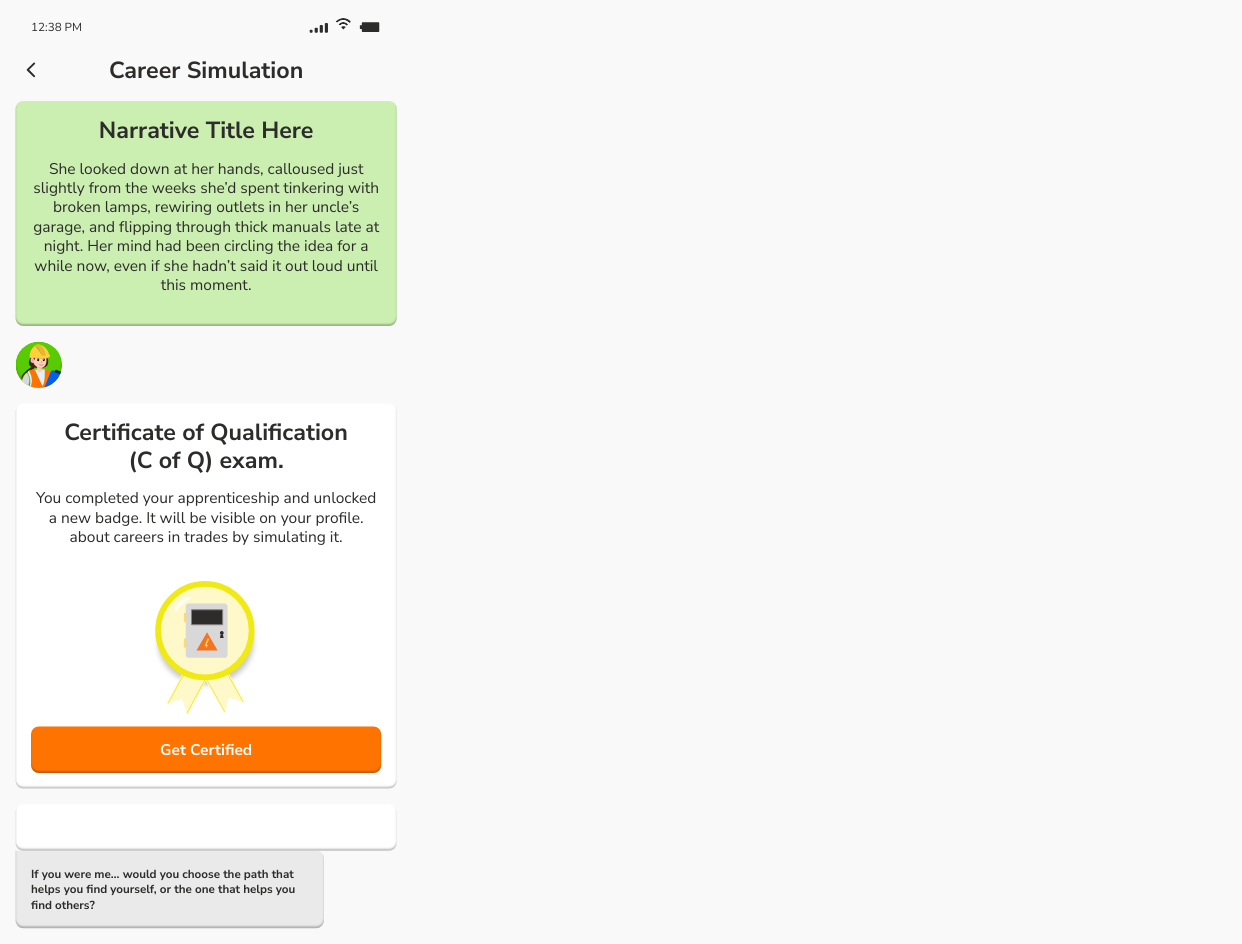
Repository: daniel-liu01/week10books
Page: /
An editor plug-in stored every save of this project. The page is shown before and after the next save, followed by the edit.
The browser window is 1280 px wide. The pictures show the whole page, at 97% of full size.
The project was rebuilt for these pictures with package versions that can differ from the ones it lists, and the page was loaded fresh each time. Also part of the build but not shown: vite.config.js, vite.config.ts, src/App.css, app/Simulation/Simulation.module.css, components/InfoModal/InfoModal.module.css, components/InfoModal/InfoModal.jsx, app/Simulation/Simulation.jsx.

Above is the page before, as saved 2025-10-22 12:55:02.

### index.html
<!DOCTYPE html>
<html lang="en">
    <head>
        <meta charset="UTF-8" />
        <link
            rel="icon"
            type="image/svg+xml"
            href="/vite.svg" />
        <meta
            name="viewport"
            content="width=device-width, initial-scale=1.0" />
        <title>frontend</title>
        <link
            rel="preconnect"
            href="https://fonts.googleapis.com" />
        <link
            rel="preconnect"
            href="https://fonts.gstatic.com"
            crossorigin />
        <link
            href="https://fonts.googleapis.com/css2?family=Nunito+Sans:ital,opsz,wght@0,6..12,200..1000;1,6..12,200..1000&display=swap"
            rel="stylesheet" />
    </head>
    <body>
        <div id="root"></div>
        <script
            type="module"
            src="/src/main.jsx"></script>
    </body>
</html>

### src/index.css
/* ------------------------------------------------------ GENERAL STYLES ------------------------------------------------------ */
*,
*::before,
*::after {
    box-sizing: inherit;
}

html,
body {
    font-family: var(--font-family);
    box-sizing: border-box;
    background-color: var(--offwhite-500);
}

body {
    width: 393px;
    min-height: 100vh;
    margin: 16px;
    display: flex;
    flex-direction: column;
    gap: var(--space-large);
}

html {
    display: flex;
    align-items: flex-start;
}

/* ------------------------------------------------------ VARIABLES ------------------------------------------------------ */
:root {
    /* ----- COLORS ----- */
    --primary-50: #fff1e6;
    --primary-100: #ffd4b0;
    --primary-200: #ffbf8a;
    --primary-300: #ffa155;
    --primary-400: #ff8f34;
    --primary-500: #ff7301;
    --primary-600: #e86901;
    --primary-700: #b55201;
    --primary-800: #8c3f01;
    --primary-900: #6b3000;

    --secondary-50: #eefae6;
    --secondary-100: #cbefb1;
    --secondary-200: #b2e88b;
    --secondary-300: #8fdd55;
    --secondary-400: #79d635;
    --secondary-500: #58cc02;
    --secondary-600: #50ba02;
    --secondary-700: #3e9101;
    --secondary-800: #307001;
    --secondary-900: #255601;

    /* -- neutral colors -- */

    --offwhite-500: #f9f9f9;
    --white: #ffffff;
    --black-50: #eaeaea;
    --black-100: #bebebd;
    --black-200: #9e9e9d;
    --black-300: #727271;
    --black-400: #575655;
    --black-500: #2d2c2b;

    /* ----- TYPE ----- */
    --font-family: "Nunito Sans", sans-serif;

    --font-size-extra-large: 88px;
    --font-size-large: 30px;
    --font-size-extra-medium: 24px;
    --font-size-medium: 20px;
    --font-size-regular: 16px;
    --font-size-small: 12px;
    --font-size-extra-small: 10px;

    --font-style-normal: normal;
    --font-weight-bold: bold;

    --line-height-xxlarge: 100px;
    --line-height-large: 36px;
    --line-height-medium: 28px;
    --line-height-small: 20px;

    /* ----- SPACING ----- */
    --space-extra-small: 4px;
    --space-small: 8px;
    --space-regular: 16px;
    --space-medium: 32px;
    --space-large: 48px;
    --space-extra-large: 140px;

    /* ----- Inner shadow ----- */
    --inner-shadow: 0 -2px 2px 0 rgba(0, 0, 0, 0.25);
}

### src/App.jsx
import { useState } from "react";
import { BrowserRouter as Router, Routes, Route } from "react-router-dom";
import "./App.css";

import Simulation from "../app/Simulation/Simulation";
import SimulationChat from "../app/SimulationChat/SimulationChat";
import TextBubble from "../components/TextBubble/TextBubble";

function App() {
    return (
        <div>
            <SimulationChat />
            <TextBubble
                textType='ai'
                text='If you were me… would you choose the path that helps you find yourself, or the one that helps you find others?'
            />
        </div>
    );
}

export default App;

### app/SimulationChat/SimulationChat.jsx
import styles from "./SimulationChat.module.css";
import StatusBar from "../../components/StatusBar/StatusBar";
import HeadingBar from "../../components/HeadingBar/HeadingBar";
import PopUp from "../../components/PopUp/PopUp";
import NarrativeBox from "../../components/NarrativeBox/NarrativeBox";
import AnnaAvatar from "../../components/AnnaAvatar/AnnaAvatar";
import Menu from "../../components/Menu/Menu";

function SimulationChat() {
    return (
        <div className={styles.container}>
            <StatusBar />
            <HeadingBar />
            <NarrativeBox
                title='Narrative Title Here'
                description='She looked down at her hands, calloused just slightly from the weeks she’d spent tinkering with broken lamps, rewiring outlets in her uncle’s garage, and flipping through thick manuals late at night. Her mind had been circling the idea for a while now, even if she hadn’t said it out loud until this moment.'
            />
            <AnnaAvatar />
            <PopUp />
            <Menu />
        </div>
    );
}

export default SimulationChat;

### components/TextBubble/TextBubble.jsx
import styles from "./TextBubble.module.css";

export default function TextBubble({ textType, text }) {
    if (textType === "ai") {
        return (
            <div className={styles.containerAi}>
                <p className={styles.textAi}>{text}</p>
            </div>
        );
    }
    return (
        <>
            <div className={styles.containerUser}>
                <p className={styles.textUser}>{text}</p>
            </div>
        </>
    );
}

### components/StatusBar/StatusBar.jsx
import styles from "./StatusBar.module.css";
import Hour from "../Hour/Hour";

const StatusBar = () => {
    return (
        <div className={styles.container}>
            <Hour />
            <div className={styles.right}>
                <svg
                    className={styles.icon}
                    width='20'
                    height='11'
                    viewBox='0 0 20 11'
                    fill='none'
                    xmlns='http://www.w3.org/2000/svg'>
                    <rect
                        x='15.8765'
                        y='0.600098'
                        width='3.23284'
                        height='10.2222'
                        rx='1.02778'
                    />
                    <rect
                        x='10.6338'
                        y='2.64453'
                        width='3.23284'
                        height='8.17778'
                        rx='1.02778'
                    />
                    <rect
                        x='5.3916'
                        y='5.71094'
                        width='3.23284'
                        height='5.11111'
                        rx='1.02778'
                    />
                    <rect
                        x='0.0327148'
                        y='7.75537'
                        width='3.23284'
                        height='3.06667'
                        rx='1.02778'
                    />
                </svg>

                <svg
                    className={styles.icon}
                    width='22'
                    height='20'
                    viewBox='0 0 22 20'
                    fill='none'
                    xmlns='http://www.w3.org/2000/svg'>
                    <mask
                        id='path-1-inside-1_2157_1042'
                        fill='white'>
                        <path d='M15.9006 7.3897C15.3805 6.57002 14.6486 5.88977 13.7741 5.41333C12.8995 4.93689 11.9113 4.68001 10.9029 4.66702C9.89445 4.65403 8.89922 4.88535 8.01135 5.33908C7.12349 5.79281 6.37237 6.45396 5.82907 7.25994L7.69376 8.391C8.03417 7.88601 8.50479 7.47176 9.06109 7.18747C9.6174 6.90317 10.241 6.75824 10.8728 6.76638C11.5046 6.77452 12.1238 6.93547 12.6718 7.23399C13.2197 7.53251 13.6783 7.95873 14.0042 8.47231L15.9006 7.3897Z' />
                    </mask>
                    <path
                        d='M15.9006 7.3897C15.3805 6.57002 14.6486 5.88977 13.7741 5.41333C12.8995 4.93689 11.9113 4.68001 10.9029 4.66702C9.89445 4.65403 8.89922 4.88535 8.01135 5.33908C7.12349 5.79281 6.37237 6.45396 5.82907 7.25994L7.69376 8.391C8.03417 7.88601 8.50479 7.47176 9.06109 7.18747C9.6174 6.90317 10.241 6.75824 10.8728 6.76638C11.5046 6.77452 12.1238 6.93547 12.6718 7.23399C13.2197 7.53251 13.6783 7.95873 14.0042 8.47231L15.9006 7.3897Z'
                        strokeWidth='4.11111'
                        mask='url(#path-1-inside-1_2157_1042)'
                    />
                    <mask
                        id='path-2-inside-2_2157_1042'
                        fill='white'>
                        <path d='M19.0832 4.55309C18.1524 3.34672 16.9405 2.3605 15.542 1.67127C14.1435 0.982029 12.5961 0.608389 11.0204 0.579456C9.4447 0.550522 7.88323 0.867077 6.45765 1.50446C5.03207 2.14184 3.78086 3.08283 2.80152 4.25413L4.5268 5.55219C5.29548 4.63284 6.27755 3.89425 7.39649 3.39397C8.51543 2.8937 9.74102 2.64523 10.9778 2.66794C12.2145 2.69065 13.4291 2.98392 14.5268 3.5249C15.6245 4.06588 16.5757 4.83997 17.3063 5.78684L19.0832 4.55309Z' />
                    </mask>
                    <path
                        d='M19.0832 4.55309C18.1524 3.34672 16.9405 2.3605 15.542 1.67127C14.1435 0.982029 12.5961 0.608389 11.0204 0.579456C9.4447 0.550522 7.88323 0.867077 6.45765 1.50446C5.03207 2.14184 3.78086 3.08283 2.80152 4.25413L4.5268 5.55219C5.29548 4.63284 6.27755 3.89425 7.39649 3.39397C8.51543 2.8937 9.74102 2.64523 10.9778 2.66794C12.2145 2.69065 13.4291 2.98392 14.5268 3.5249C15.6245 4.06588 16.5757 4.83997 17.3063 5.78684L19.0832 4.55309Z'
                        strokeWidth='4.11111'
                        mask='url(#path-2-inside-2_2157_1042)'
                    />
                    <path d='M13.5162 9.77759L10.8222 12.3331L8.66699 9.77759L9.23963 9.50599C10.2507 9.02643 11.4136 8.97977 12.4599 9.37676L13.5162 9.77759Z' />
                </svg>

                <svg
                    className={styles.icon}
                    width='24'
                    height='24'
                    viewBox='0 0 24 24'
                    fill='none'
                    xmlns='http://www.w3.org/2000/svg'>
                    <path d='M5 17C4.71667 17 4.47917 16.9042 4.2875 16.7125C4.09583 16.5208 4 16.2833 4 16V14H2V10H4V8C4 7.71667 4.09583 7.47917 4.2875 7.2875C4.47917 7.09583 4.71667 7 5 7H21C21.2833 7 21.5208 7.09583 21.7125 7.2875C21.9042 7.47917 22 7.71667 22 8V16C22 16.2833 21.9042 16.5208 21.7125 16.7125C21.5208 16.9042 21.2833 17 21 17H5Z' />
                </svg>
            </div>
        </div>
    );
};

export default StatusBar;

### components/HeadingBar/HeadingBar.jsx
import styles from "./HeadingBar.module.css";
import ArrowBack from "../ArrowBack/ArrowBack";

function HeadingBar() {
    return (
        <div className={styles.heading_container}>
            <ArrowBack />
            <h1 className={styles.heading_pageTitle}>Career Simulation</h1>
            <div className={styles.heading_placeholder}></div>
        </div>
    );
}

export default HeadingBar;

### components/Card/Card.jsx
import styles from "./Card.module.css";
import Button from "../../components/Button/Button";

function Card({
    image,
    title,
    description,
    type,
    valueOfButton,
    typeOfButton,
    sizeOfButton,
}) {
    return (
        <>
            {type === "regular" && (
                <div className={styles.container}>
                    <div className={styles.content}>
                        <h3 className={styles.title}>{title}</h3>
                        <p className={styles.description}>{description}</p>
                    </div>
                    {image && (
                        <div className={styles.image_wrapper}>
                            <img
                                src={image}
                                alt={title}
                                className={styles.image}
                            />
                        </div>
                    )}
                </div>
            )}
            {type === "button" && (
                <div className={styles.container}>
                    <div className={styles.content}>
                        <h3 className={styles.title}>{title}</h3>
                        <p className={styles.description}>{description}</p>
                    </div>
                    {image && (
                        <div className={styles.image_wrapper}>
                            <img
                                src={image}
                                alt={title}
                                className={styles.image}
                            />
                        </div>
                    )}
                    <Button
                        type={typeOfButton}
                        size={sizeOfButton}
                        value={valueOfButton}
                        onClick={() => console.log("clicked")}
                        isDisabled={false}
                    />
                </div>
            )}
        </>
    );
}

export default Card;

### components/Button/Button.jsx
import styles from "./Button.module.css";

function Button({
    type = "primary",
    isDisabled = false,
    size = "default",
    value,
    onClick,
}) {
    let buttonClass = styles.button;

    if (type === "primary") buttonClass += ` ${styles.primary}`;
    if (type === "secondary") buttonClass += ` ${styles.secondary}`;
    if (type === "terciary") buttonClass += ` ${styles.terciary}`;
    if (type === "warning") buttonClass += ` ${styles.error}`;
    if (size === "small") buttonClass += ` ${styles.small}`;
    if (size === "large") buttonClass += ` ${styles.large}`;
    if (isDisabled) buttonClass += ` ${styles.disabled}`;

    return (
        <input
            type='button'
            className={buttonClass}
            value={value}
            onClick={onClick}
            disabled={isDisabled}
        />
    );
}

export default Button;

### components/Menu/Menu.jsx
import styles from "./Menu.module.css";

function Menu() {
    return <div className={styles.container}></div>;
}

export default Menu;

### app/SimulationChat/SimulationChat.module.css
.container {
    display: flex;
    flex-direction: column;
    gap: var(--space-regular);
}

### components/PopUp/PopUp.jsx
import Card from "../../components/Card/Card";

function PopUp() {
    return (
        <div>
            <Card
                title={
                    <>
                        Certificate of Qualification <br /> (C of Q) exam.
                    </>
                }
                description={
                    <>
                        You completed your apprenticeship and unlocked
                        <br />a new badge. It will be visible on your profile.
                        about careers in trades by simulating it.
                    </>
                }
                image='/Electrician.svg'
                type='button'
                valueOfButton='Get Certified'
                typeOfButton='primary'
                sizeOfButton='large'
            />
        </div>
    );
}

export default PopUp;

### components/NarrativeBox/NarrativeBox.jsx
import styles from "./NarrativeBox.module.css";

function NarrativeBox({ title, description }) {
    return (
        <div className={styles.container}>
            <div className={styles.content}>
                <h3 className={styles.title}>{title}</h3>
                <p className={styles.description}>{description}</p>
            </div>
        </div>
    );
}

export default NarrativeBox;

### components/AnnaAvatar/AnnaAvatar.jsx
import styles from "./AnnaAvatar.module.css";

function AnnaAvatar() {
    return (
        <img
            className={styles.image}
            src='AnnaAvatar.svg'
            alt='Anna Avatar'
        />
    );
}

export default AnnaAvatar;

### components/TextBubble/TextBubble.module.css
.containerAi,
.containerUser {
    border-top-right-radius: var(--space-small);
    border-bottom-right-radius: var(--space-small);
    border-bottom-left-radius: var(--space-small);
    padding: var(--space-regular);
    display: flex;
    align-items: center;
    box-shadow: var(--inner-shadow) inset;
}

.containerAi {
    background-color: var(--black-50);
    width: 318px;
    height: 80px;
}

.textAi {
    color: var(--black-500);
    font-size: var(--font-size-small);
    font-weight: var(--font-weight-bold);
}

.containerAi {
    background-color: var(--black-50);
    width: 318px;
    height: 80px;
}

.textUser {
    color: var(--white);
    font-size: var(--font-size-small);
    font-weight: var(--font-weight-bold);
}

### components/StatusBar/StatusBar.module.css
.container {
    display: flex;
    flex-direction: row;
    align-items: center;
    justify-content: space-between;
    width: 393px;
    padding: 0 var(--space-regular);
    margin: 0;
}

.right {
    display: flex;
    align-items: center;
    gap: var(--space-extra-small);
}

.icon {
    fill: var(--black-500);
}

### components/Hour/Hour.jsx
"use client";
import { useEffect, useState } from "react";
import styles from "./Hour.module.css";

const Hour = () => {
    const [currentTime, setCurrentTime] = useState(new Date());

    useEffect(() => {
        const timer = setInterval(() => {
            setCurrentTime(new Date());
        }, 1000);

        return () => clearInterval(timer);
    }, []);

    const formattedTime = currentTime.toLocaleTimeString("en-US", {
        hour: "2-digit",
        minute: "2-digit",
        hour12: true,
    });

    return <div className={styles.hour}>{formattedTime}</div>;
};

export default Hour;

### components/HeadingBar/HeadingBar.module.css
.heading_container {
    width: 100%;
    display: flex;
    align-items: center;
    justify-content: space-between;
    gap: var(--space-small);
    margin: 0;
    padding: 0;
}

.heading_pageTitle {
    font-weight: var(--font-weight-bold);
    font-size: var(--font-size-extra-medium);
    margin: 0;
    line-height: 1;
    color: var(--black-500);
}

.heading_placeholder {
    width: var(--space-medium);
    height: var(--space-medium);
    visibility: hidden;
}

### components/ArrowBack/ArrowBack.jsx
import styles from "./ArrowBack.module.css";

function ArrowBack() {
    return (
        <div className={styles.arrow_container}>
            <svg
                className={styles.arrow_icon}
                xmlns='http://www.w3.org/2000/svg'
                width='16'
                height='16'
                viewBox='0 0 12 20'
                fill='none'>
                <path
                    d='M10.7071 19.2929C10.3166 19.6834 9.68342 19.6834 9.29289 19.2929L0.707106 10.7071C0.316582 10.3166 0.316583 9.68342 0.707107 9.29289L9.29289 0.707106C9.68342 0.316582 10.3166 0.316582 10.7071 0.707107L11.0679 1.06789C11.4584 1.45842 11.4584 2.09158 11.0679 2.48211L3.55 10L11.0679 17.5179C11.4584 17.9084 11.4584 18.5416 11.0679 18.9321L10.7071 19.2929Z'
                    fill='currentColor'
                />
            </svg>
        </div>
    );
}

export default ArrowBack;

### components/Card/Card.module.css
.container {
    display: flex;
    flex-direction: column;
    justify-content: space-between;
    align-items: center;
    border-radius: var(--space-small);
    background: var(--white);
    box-shadow: var(--inner-shadow) inset;
    padding: var(--space-regular);
}

.content {
    display: flex;
    flex-direction: column;
    justify-content: space-between;
    align-items: center;
    font-family: var(--font-family);
    color: var(--black-500);
    text-align: center;
    gap: var(--space-regular);
}

.title {
    font-size: var(--font-size-extra-medium);
    font-weight: var(--font-weight-bold);
    line-height: var(--line-height-medium);
    margin: 0;
}

.description {
    font-size: var(--font-size-regular);
    line-height: var(--line-height-small);
    margin: 0;
    margin-bottom: var(--space-regular);
}

.image_wrapper {
}

.image {
}

### components/Button/Button.module.css
.button {
    display: block;
    width: 361px;
    height: var(--space-large);
    line-height: var(--line-height-large);
    text-align: center;

    font-family: var(--font-family);
    font-size: var(--font-size-regular);
    font-weight: var(--font-weight-bold);

    padding: 0 var(--space-regular);
    margin: 0;
    border-radius: var(--space-small);
    border: none;
    box-shadow: var(--inner-shadow) inset;
    cursor: pointer;
    transition: background-color 0.2s ease-in-out, color 0.2s ease-in-out;
}

.button:hover {
    background-color: var(--primary-700);
    color: var(--white);
}

.primary {
    background-color: var(--primary-500);
    color: var(--white);
}

.large {
    width: 100%;
    height: var(--space-large);
}

### components/Menu/Menu.module.css
.container {
    display: flex;
    width: 100%;
    height: var(--space-large);
    justify-content: center;
    align-items: center;
    gap: var(--space-medium);
    border-radius: var(--space-small);
    background: var(--white);
    box-shadow: var(--inner-shadow) inset;
}

### components/NarrativeBox/NarrativeBox.module.css
.container {
    display: flex;
    flex-direction: column;
    justify-content: space-between;
    align-items: center;
    border-radius: var(--space-small);
    background: var(--secondary-100);
    box-shadow: var(--inner-shadow) inset;
    padding: var(--space-regular);
}

.content {
    display: flex;
    flex-direction: column;
    justify-content: space-between;
    align-items: center;
    font-family: var(--font-family);
    color: var(--black-500);
    text-align: center;
    gap: var(--space-regular);
}

.title {
    font-size: var(--font-size-extra-medium);
    font-weight: var(--font-weight-bold);
    line-height: var(--line-height-medium);
    margin: 0;
}

.description {
    font-size: var(--font-size-regular);
    line-height: var(--line-height-small);
    margin: 0;
    margin-bottom: var(--space-regular);
}

### components/AnnaAvatar/AnnaAvatar.module.css
.image {
    width: var(--space-large);
}

### components/Hour/Hour.module.css
.hour {
    color: var(--black-500);
    font-family: var(--font-family);
    font-size: var(--font-size-small);
}

### components/ArrowBack/ArrowBack.module.css
.arrow_container {
    display: inline-flex;
    align-items: center;
    justify-content: center;
    background: none;
    border: none;
    cursor: pointer;
    padding: 0;
    width: var(--space-medium);
    height: var(--space-medium);
}

.arrow_icon {
    color: var(--black-500);
    width: var(--space-regular);
    height: var(--space-regular);
}

.arrow_container:hover .arrow_icon {
    color: var(--primary-500);
}

Loaded but not shown: src/main.jsx (common file)

After the next save:
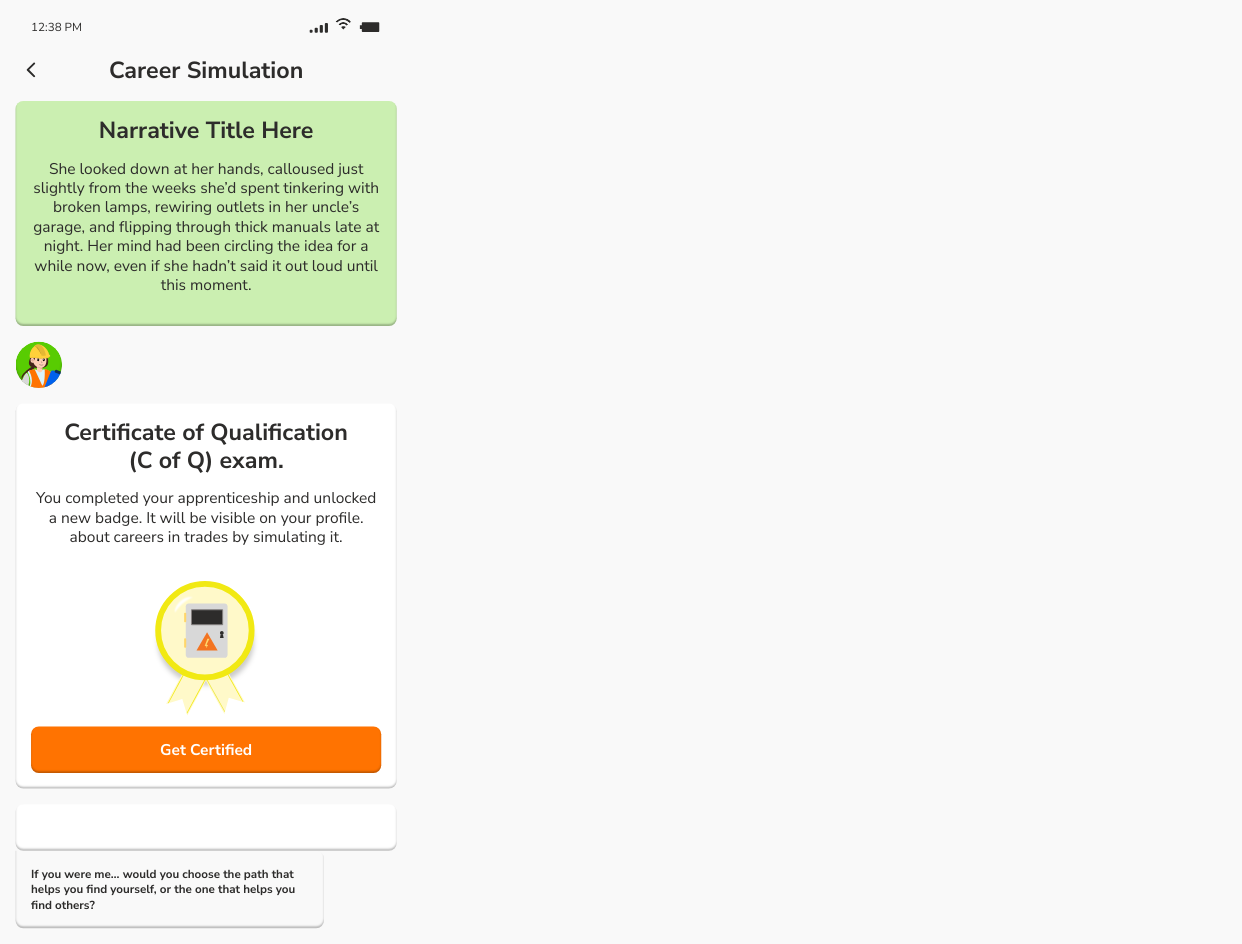
Saved 2 s later.
--- a/components/TextBubble/TextBubble.module.css
+++ b/components/TextBubble/TextBubble.module.css
@@ -22,7 +22,7 @@
 }
 
 .containerAi {
-    background-color: var(--black-50);
+    background-color: var(--prima);
     width: 318px;
     height: 80px;
 }
